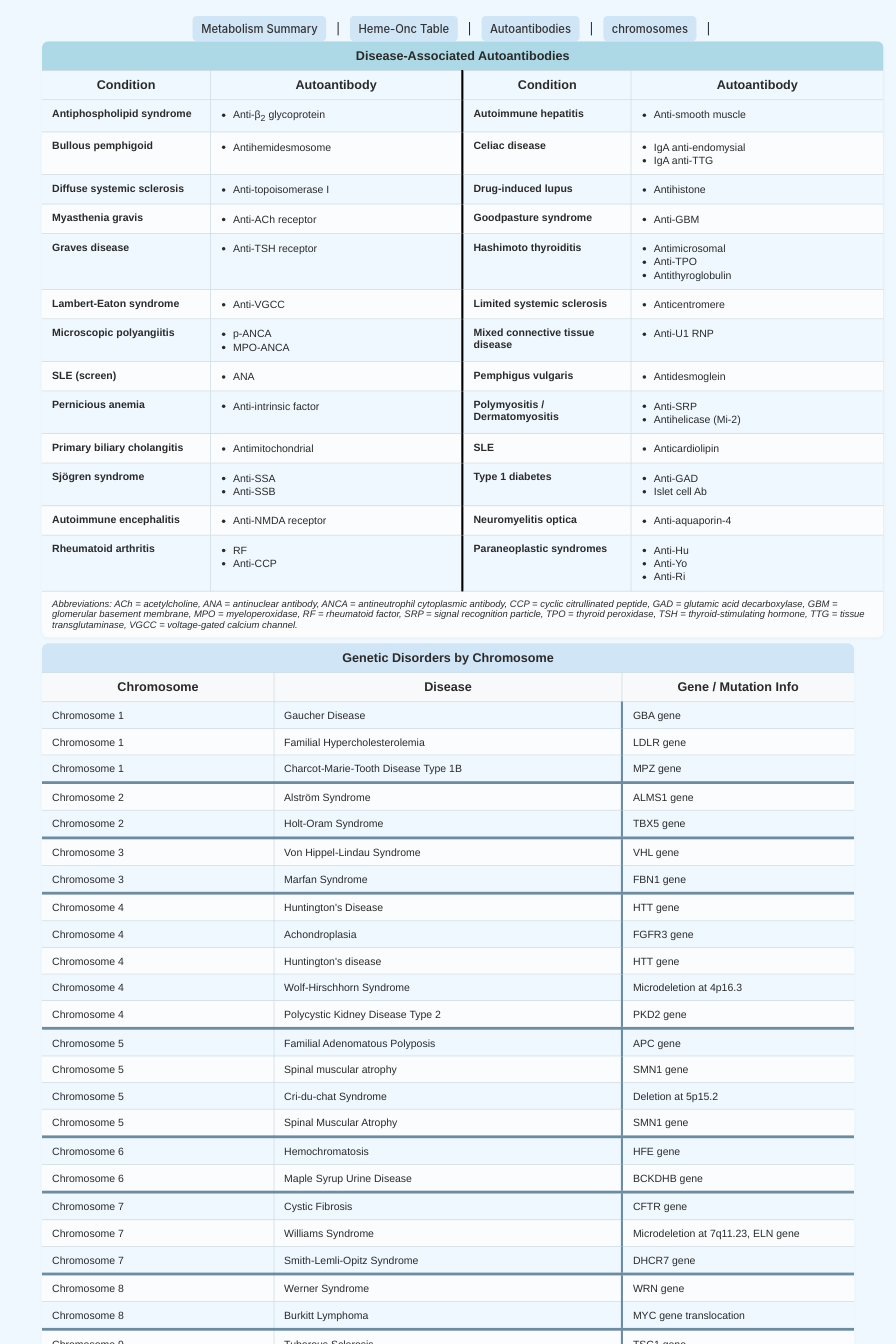
Repository: sharperdragon/STEVEL-1-Summaries
Page: subdex/chromosomes.html
The author's editor kept a copy of each file at every save. The page is drawn from the files as they stood at one save, then again after a run of saves.
The browser window is 1280 px wide. The pictures show the part of the page from y = 0 to 1920 px (the page is 6518 px tall), at 70% of full size.

Above is the page before, as saved 2025-05-19 07:19:12.

After the next 3 saves:
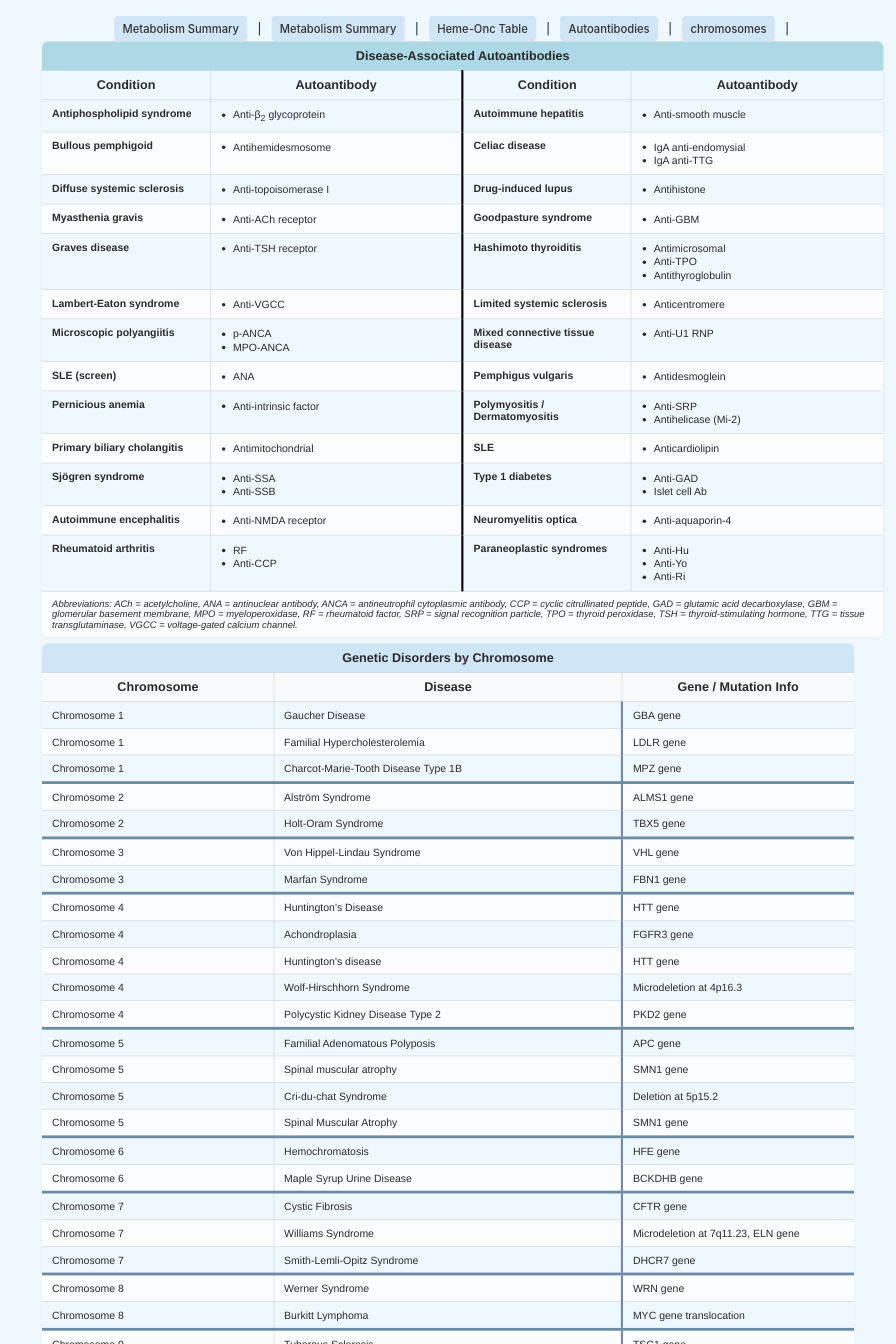
The 3 saves are shown as one change because they came seconds apart.
The last was saved 13 s later.
--- a/subdex/chromosomes.html
+++ b/subdex/chromosomes.html
@@ -11,6 +11,7 @@
 <body>
 
     <nav style="margin: 10px 0; text-align: center;">
+  <a href="subdex/metabolism.html" class="nav-link">Metabolism Summary</a> |
   <a href="subdex/metabolism.html" class="nav-link">Metabolism Summary</a> |
   <a href="subdex/hemeonc.html" class="nav-link">Heme-Onc Table</a> |
   <a href="subdex/autoantibodies.html" class="nav-link">Autoantibodies</a> |

After the 2 saves that followed:
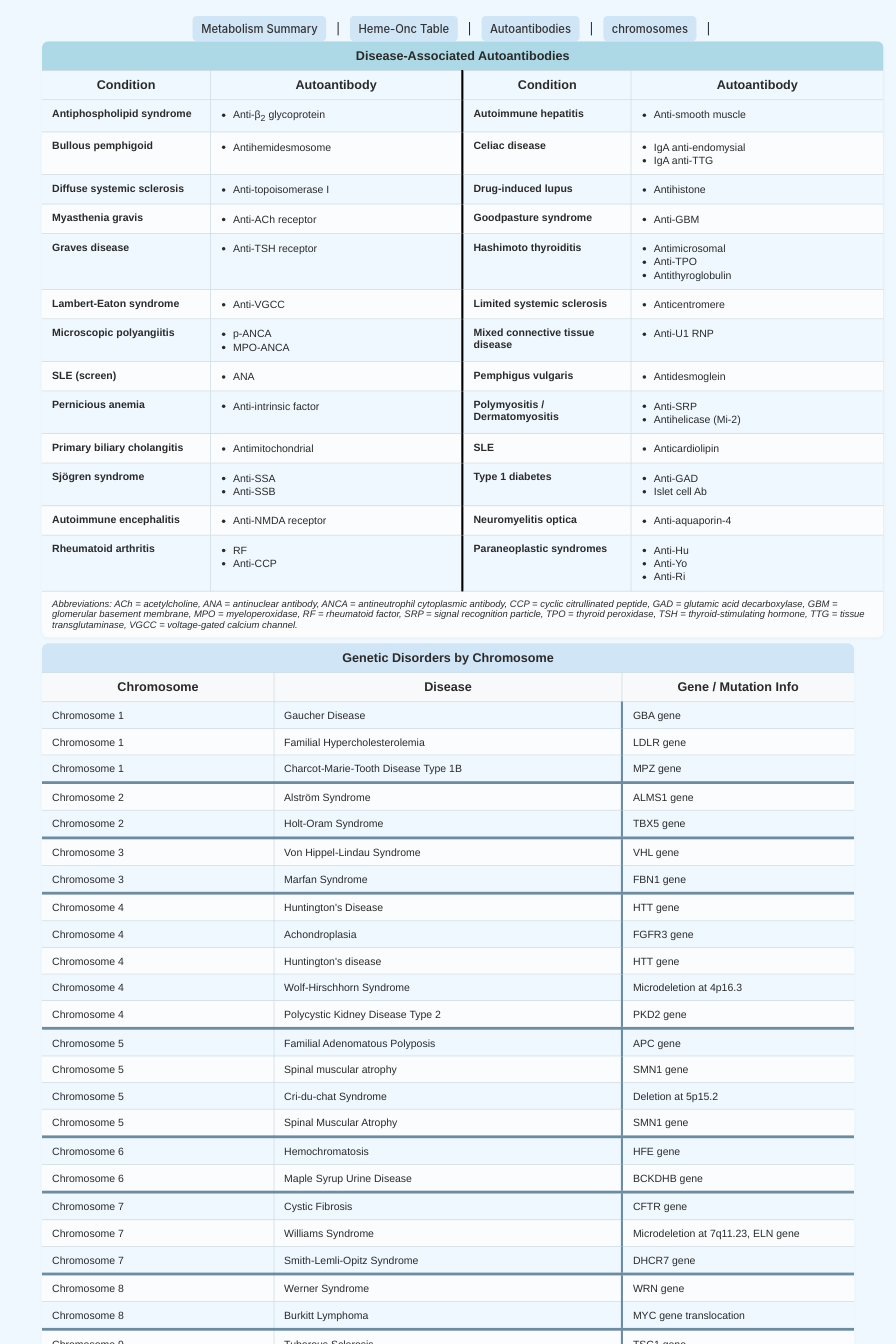
The 2 saves are shown as one change because they came seconds apart.
The last was saved 6 s later.
--- a/subdex/chromosomes.html
+++ b/subdex/chromosomes.html
@@ -11,7 +11,7 @@
 <body>
 
     <nav style="margin: 10px 0; text-align: center;">
-  <a href="subdex/metabolism.html" class="nav-link">Metabolism Summary</a> |
+
   <a href="subdex/metabolism.html" class="nav-link">Metabolism Summary</a> |
   <a href="subdex/hemeonc.html" class="nav-link">Heme-Onc Table</a> |
   <a href="subdex/autoantibodies.html" class="nav-link">Autoantibodies</a> |
